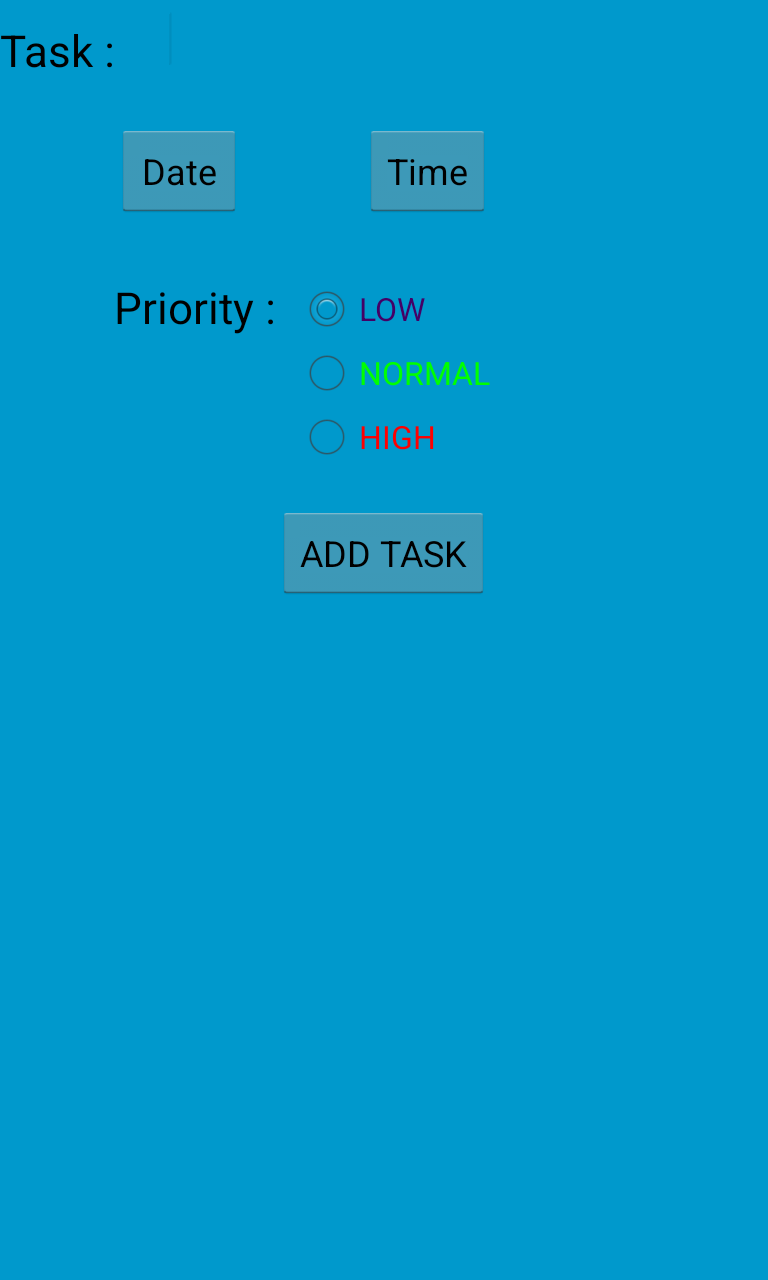
Repository: satyadarls/ToDo
Layout: ToDo/res/layout/customdialog_layout.xml
These files come from the project's save history. The layout is drawn as it stood at one moment and after the next save; the edit follows.
It is drawn on a 768 x 1280 px phone screen (xhdpi) without system bars, with theme AppTheme; the app's code is not run.

Above is the layout before, as saved 2014-07-07 17:09:09.

After the next save:
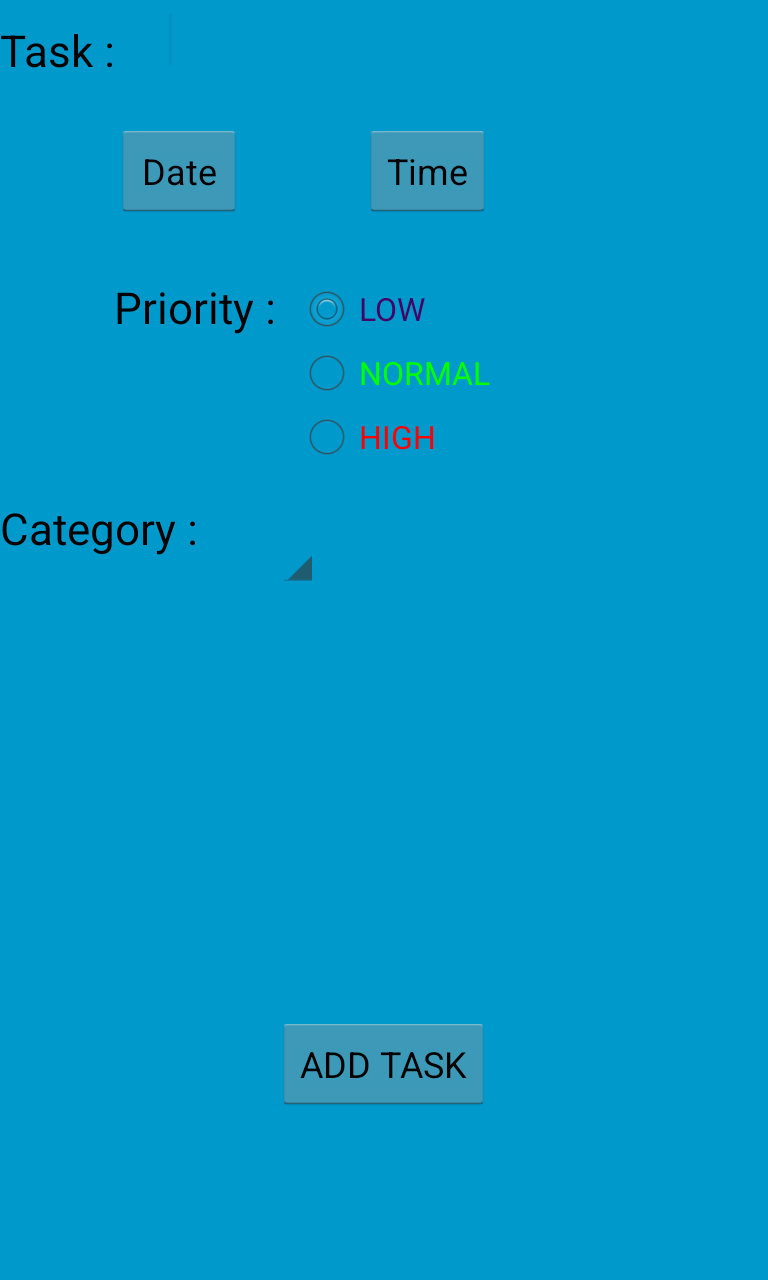
Saved 11 min 7 s later.
--- a/ToDo/res/layout/customdialog_layout.xml
+++ b/ToDo/res/layout/customdialog_layout.xml
@@ -76,15 +76,6 @@
             android:text="HIGH" />
     </RadioGroup>
 
-    <Button
-        android:id="@+id/dialogButton"
-        android:layout_width="wrap_content"
-        android:layout_height="wrap_content"
-        android:layout_below="@+id/radioGroup1"
-        android:layout_centerHorizontal="true"
-        android:layout_marginTop="18dp"
-        android:text="ADD TASK" />
-
     <TextView
         android:id="@+id/textView2"
         android:layout_width="wrap_content"
@@ -94,4 +85,31 @@
         android:text="Priority :"
         android:textAppearance="?android:attr/textAppearanceLarge" />
 
+    <Button
+        android1:id="@+id/dialogButton"
+        android1:layout_width="wrap_content"
+        android1:layout_height="wrap_content"
+        android1:layout_alignParentBottom="true"
+        android1:layout_centerHorizontal="true"
+        android1:layout_marginBottom="84dp"
+        android1:text="ADD TASK" />
+
+    <Spinner
+        android1:id="@+id/spinner1"
+        android1:layout_width="wrap_content"
+        android1:layout_height="wrap_content"
+        android1:layout_alignLeft="@+id/dialogButton"
+        android1:layout_below="@+id/radioGroup1"
+        android1:layout_marginTop="28dp" />
+
+    <TextView
+        android1:id="@+id/textView3"
+        android1:layout_width="wrap_content"
+        android1:layout_height="wrap_content"
+        android1:layout_alignBottom="@+id/spinner1"
+        android1:layout_alignParentLeft="true"
+        android1:layout_marginBottom="16dp"
+        android1:text="Category :"
+        android1:textAppearance="?android:attr/textAppearanceLarge" />
+
 </RelativeLayout>
